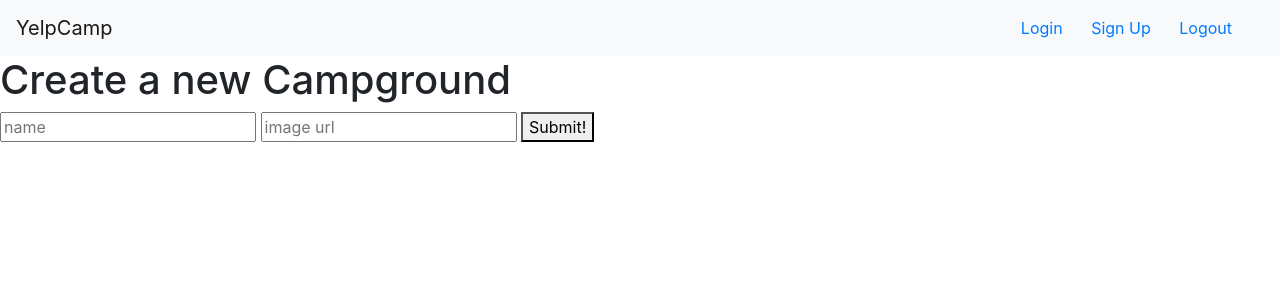
Repository: manojsatya/YelpCamp
Page: http://localhost/campgrounds/new
These files come from the project's save history. The page is drawn as it stood at one moment and after the next save; the edit follows.
The browser window is 1280 px wide. The pictures show the whole page.
The page is served by the project's Node server (app.js).

Above is the page before, as saved 2019-06-14 17:43:42.
Console error: TypeError: Cannot read properties of undefined (reading 'fn')

After the next save:
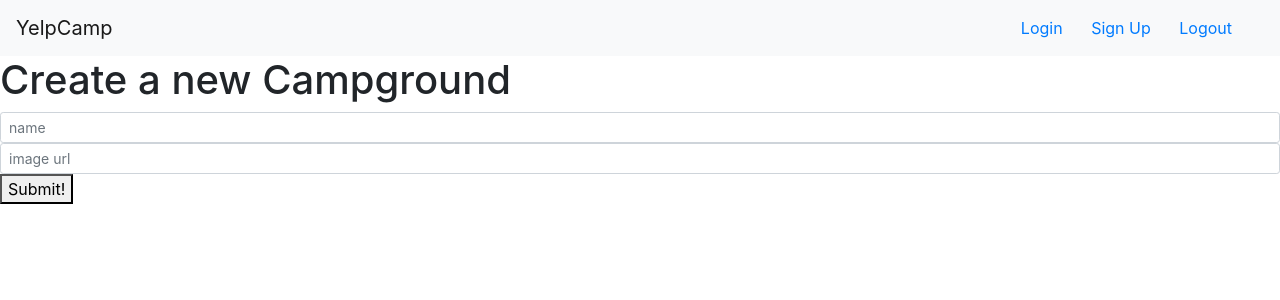
Saved 76 s later.
--- a/views/new.ejs
+++ b/views/new.ejs
@@ -5,8 +5,8 @@
 <h1>Create a new Campground</h1>
 
 <form action="/campgrounds" method="POST">
-    <input type="text" name="name" id="" placeholder="name">
-    <input type="text" name="image" id="" placeholder="image url">
+    <input class="form-control form-control-sm" type="text" name="name" id="" placeholder="name">
+    <input class="form-control form-control-sm" type="text" name="image" id="" placeholder="image url">
     <button> Submit!</button>
 
 </form>
